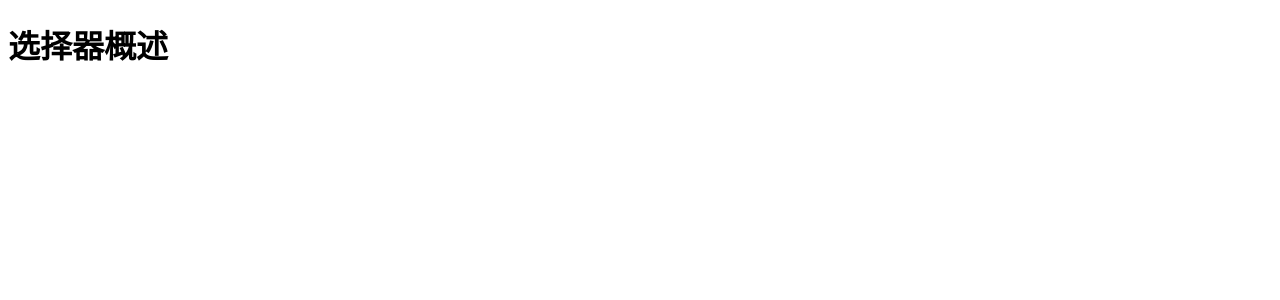
Repository: zdsherlock/HtmlCssLearn
Page: CSS/test-attSelect/index2.html
An editor plug-in stored every save of this project. The page is shown before and after the next save, followed by the edit.
The browser window is 1280 px wide. The pictures show the whole page.

Above is the page before, as saved 2021-05-06 02:17:25.

After the next save:
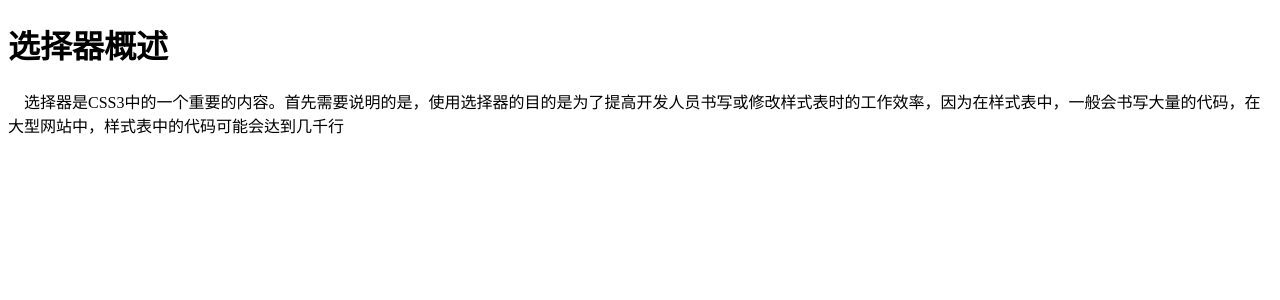
Saved 92 s later.
--- a/CSS/test-attSelect/index2.html
+++ b/CSS/test-attSelect/index2.html
@@ -9,7 +9,7 @@
 <body>
     <h1>选择器概述</h1>
     <p>
-        &nbsp;&nbsp;&nbsp;&nbsp;
+        &nbsp;&nbsp;&nbsp;&nbsp;选择器是CSS3中的一个重要的内容。首先需要说明的是，使用选择器的目的是为了提高开发人员书写或修改样式表时的工作效率，因为在样式表中，一般会书写大量的代码，在大型网站中，样式表中的代码可能会达到几千行
     </p>
 </body>
 </html>
